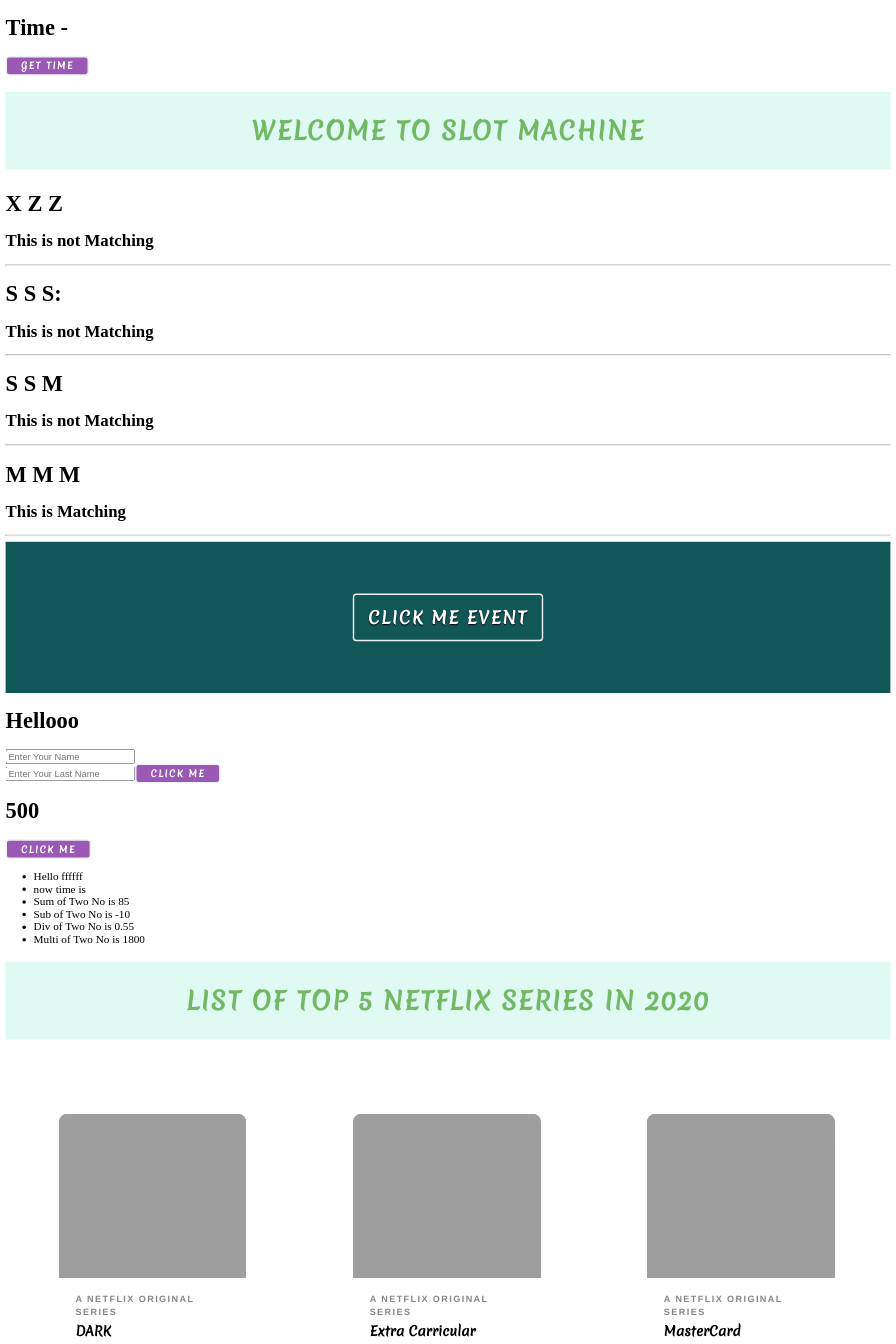
Repository: hardik2626/reactlearn2020
Page: /
The author's editor kept a copy of each file at every save. The page is drawn from the files as they stood at one save, then again after the next save.
The browser window is 1280 px wide. The pictures show the part of the page from y = 0 to 1920 px (the page is 2615 px tall), at 70% of full size.
Pictures or frames that could not be fetched are drawn as grey boxes. The project was rebuilt for these pictures with package versions that can differ from the ones it lists, and the page was loaded fresh each time.

Above is the page before, as saved 2020-10-13 10:06:24.

### public/index.html
<!DOCTYPE html>
<html lang="en">

<head>
    <meta charset="utf-8" />
    <link rel="icon" href="%PUBLIC_URL%/favicon.ico" />
    <meta name="viewport" content="width=device-width, initial-scale=1" />
    <meta name="theme-color" content="#000000" />
    <meta name="description" content="Web site created using create-react-app" />
    <link rel="apple-touch-icon" href="%PUBLIC_URL%/logo192.png" />
    <!--
      manifest.json provides metadata used when your web app is installed on a
      user's mobile device or desktop. See https://developers.google.com/web/fundamentals/web-app-manifest/
    -->
    <link rel="manifest" href="%PUBLIC_URL%/manifest.json" />
    <!--
      Notice the use of %PUBLIC_URL% in the tags above.
      It will be replaced with the URL of the `public` folder during the build.
      Only files inside the `public` folder can be referenced from the HTML.

      Unlike "/favicon.ico" or "favicon.ico", "%PUBLIC_URL%/favicon.ico" will
      work correctly both with client-side routing and a non-root public URL.
      Learn how to configure a non-root public URL by running `npm run build`.
    -->
    <link href="https://fonts.googleapis.com/css2?family=Merienda&display=swap" rel="stylesheet">
    <title>React App</title>
</head>

<body>
    <noscript>You need to enable JavaScript to run this app.</noscript>
    <div id="root"></div>
    <!--
      This HTML file is a template.
      If you open it directly in the browser, you will see an empty page.

      You can add webfonts, meta tags, or analytics to this file.
      The build step will place the bundled scripts into the <body> tag.

      To begin the development, run `npm start` or `yarn start`.
      To create a production bundle, use `npm run build` or `yarn build`.
    -->
</body>

</html>

### src/index.js
import React from 'react';
import ReactDOM from 'react-dom';
import App from './App';
import Cards from './Cards'
import './index.css';
import Sdata from './Sdata'

//console.log(Sdata[1].sname);

/*function nCard(val){
  //console.log(val);
  return(
    <Cards
     imgsrc={val.imgsrc}
     sname={val.sname}
     title={val.title}
     link={val.link}
     />
  )
}*/



ReactDOM.render(
  <>

  <App myname="ffffff" />


    <h1 className="heading_style">List of TOP 5 Netflix Series in 2020</h1>
    {/* {Sdata.map(nCard)}; */}

    {Sdata.map((val, index) => {
      console.log(index);
      return(
        <React.Fragment key={val.imgsrc}>
        <Cards  imgsrc={val.imgsrc} sname={val.sname} title={val.title} link={val.link} />
        </React.Fragment>
      )
      }
    )};


     { /* <Cards imgsrc={Sdata[1].imgsrc} sname={Sdata[1].sname} title={Sdata[1].title} link={Sdata[1].link} />
     <Cards imgsrc={Sdata[2].imgsrc} sname={Sdata[2].sname} title={Sdata[2].title} link={Sdata[2].link} /> */ }

  </>, document.getElementById('root')
);

### src/App.js
import React from 'react';
import add, { sub, mult, div } from './Calc';
import Eventhand from './Eventhand';
import MachineGame from './MachineGame';
import Myform from './Myform';
import Myhooks from './Myhooks';
import Timegame from './Timegame';

function App(props){

  return(
    <>
    <Timegame />
    <MachineGame />
    <Eventhand />
   <Myform />
   <Myhooks />
  <ul>
  <li>Hello {props.myname}</li>
  <li>now time is {new Date().toLocaleDateString}</li>
    <li>Sum of Two No is {add(45,40)}</li>
    <li>Sub of Two No is {sub(30,40)}</li>
    <li>Div of Two No is {div(22,40)}</li>
    <li>Multi of Two No is {mult(45,40)}</li>
  </ul>
  </>
  )
}

export default App

### src/Cards.jsx
import React from 'react';

function Cards(props){
  //console.log(props)
  return(
    <>
    <div className="cards">
      <div className="card">
        <img src={props.imgsrc} alt="ALPIC" className="card__img" />
        <div className="card__info">
          <span className="card__category">{props.title}</span>
          <h3 className="card__title"> {props.sname} </h3>
          <a href={props.link } target="_blank">
            <button>Watch Now</button>
          </a>
        </div>
      </div>
    </div>
  </>
  )
}
export default Cards

### src/index.css
/* * {
    margin: 0;
    padding: 0;
    box-sizing: border-box;
}

.heading {
    color: blue;
    text-align: center;
    text-transform: capitalize;
    font-weight: bold;
    text-shadow: 0px 2ps 4px #ffe9c5;
    font-family: 'Merienda', cursive;
}

.heading2 {
    color: #c75757;
    text-align: center;
    text-transform: capitalize;
    font-weight: bold;
    font-family: 'Merienda', cursive;
}

.imgDIV {
    width: 200px;
    height: auto;
    margin-top: 20px;
    display: inline;
}

body {
    background-color: #b4f2e1;
    box-sizing: border-box;
    margin: 0;
    padding: 0;
    font-family: 'Gill Sans', 'Gill Sans MT', Calibri, 'Trebuchet MS', sans-serif;
}

div {
    width: 100%;
    height: 100vh;
    display: flex;
    justify-content: center;
    align-items: center;
    margin-top: -30px;
}

h1 {
    padding: 20px;
    background-color: #ffe9c5;
    color: #fa9191;
    border-radius: 20px;
    font-size: 60px;
}

span {
    color: #eb6383;
} */

.heading_style {
    padding: 30px 0;
    text-align: center;
    font-family: 'Merienda', cursive;
    text-transform: uppercase;
    font-size: 35px;
    letter-spacing: 2px;
    font-weight: bold;
    color: #3d9820ab;
    background-color: #b4f2e16b;
    margin-bottom: 30px;
}

.cards {
    width: 100%;
    height: auto;
}

.card {
    margin: 6%;
    background-color: #fff;
    width: 21.25%;
    border-radius: 12%;
    box-shadow: 0px 13px 10px -7px rgba(0, 0, 0, 0.1);
    float: left;
    transition: all 0.4s cubic-bezier(0.175, 0.885, 0, 1);
    -webkit-border-radius: 12%;
    -moz-border-radius: 12%;
    -ms-border-radius: 12%;
    -o-border-radius: 12%;
    -webkit-transition: all 0.4s cubic-bezier(0.175, 0.885, 0, 1);
    -moz-transition: all 0.4s cubic-bezier(0.175, 0.885, 0, 1);
    -ms-transition: all 0.4s cubic-bezier(0.175, 0.885, 0, 1);
    -o-transition: all 0.4s cubic-bezier(0.175, 0.885, 0, 1);
}

.card:hover {
    box-shadow: 0px 30px 18px -8px rgba(0, 0, 0, 0.1);
    transform: scale(1.05, 1.05);
    -webkit-transform: scale(1.05, 1.05);
    -moz-transform: scale(1.05, 1.05);
    -ms-transform: scale(1.05, 1.05);
    -o-transform: scale(1.05, 1.05);
}

.card__img {
    width: 100%;
    height: 235px;
    border-top-left-radius: 12px;
    border-top-right-radius: 12px;
}

.card__info {
    background-color: #fff;
    border-bottom-left-radius: 12px;
    border-bottom-right-radius: 12px;
    padding: 16px 24px 24px 24px;
}

.card__category {
    font-family: 'Franklin Gothic Medium', 'Arial Narrow', Arial, sans-serif;
    text-transform: uppercase;
    font-size: 13px;
    letter-spacing: 2px;
    font-weight: bold;
    color: #868686;
    background-color: #fff;
}

.card__title {
    margin-top: 5px;
    margin-bottom: 10px;
    font-family: 'Merienda', cursive;
    background-color: #fff;
    text-transform: capitalize;
}

button {
    padding: 8px 5px;
    font-family: 'Merienda', cursive;
    text-transform: uppercase;
    font-size: 13px;
    letter-spacing: 2px;
    font-weight: bold;
    color: #868686;
    background-color: #fff;
    outline: none;
    border: 1px solid #000;
    cursor: pointer;
}

button {
    line-height: 24px;
    padding: 0 20px;
    background-color: #9b59b6;
    color: #fff;
    border: 2px solid #ecf0f1;
    outline: none;
    border-radius: 5px;
    text-transform: uppercase;
    cursor: pointer;
    -webkit-border-radius: 5px;
    -moz-border-radius: 5px;
    -ms-border-radius: 5px;
    -o-border-radius: 5px;
}

.evnthnd {
    color: White;
    background: transparent;
    text-shadow: 0 2px 2px #000;
    font-size: 24px;
    padding: 20px;
}

div.evnt {
    width: 100%;
    height: 30vh;
    display: flex;
    justify-content: center;
    align-items: center;
    background-color: violet;
    flex-direction: column;
}

### src/Sdata.jsx
const Sdata = [{
        imgsrc : "https://picsum.photos/500/300",
        sname : "DARK",
        title : " A Netflix Original Series",
        link : "https://www.google.com/"
    },
    {
        imgsrc : "https://picsum.photos/500/330",
        sname : "Extra Carricular",
        title : " A Netflix Original Series",
        link : "https://www.google.com/"
    },
    {
        imgsrc : "https://picsum.photos/500/340",
        sname : "MasterCard",
        title : " A Netflix Original Series",
        link : "https://www.google.com/"
    },
    {
        imgsrc : "https://picsum.photos/500/335",
        sname : "TrueLove",
        title : " A ZEE  Series",
        link : "https://www.google.com/"
    },
    {
        imgsrc : "https://picsum.photos/500/345",
        sname : "Khul JA Sim Sim",
        title : " A ZEE5  Series",
        link : "https://www.google.com/"
    },
    {
        imgsrc : "https://picsum.photos/500/339",
        sname : "Extra Carricular",
        title : " A Netflix Original Series",
        link : "https://www.google.com/"
    }

];
export default Sdata

### src/Calc.jsx
import React from 'react';

function add(a, b) {
    let sum = a + b;
    return sum;
}
export default add;

function sub(a, b) {
    let sub = a - b;
    return sub;
}


function mult(a, b) {
    let mult = a * b;
    return mult;
}


function div(a, b) {
    let div = a / b;
    return div;
}
export { sub, mult, div };

### src/Eventhand.js
import React, { Component, useState } from 'react'

const Eventhand = () => {
        const purple = "#125758";
        const Newpurple = "#656987";
        const [bg,setBg] = useState(purple)
        const [ename, setName] = useState('Click Me Event')
        const bgChange = () => {
                //console.log('clickkk');
                let newBg = "#789548"
                setBg(newBg)
                setName("Hardik Devani 🤬 ")
        }
        const bgBack = () => {
                setBg(Newpurple)
                setName('Double Click 😠')
        }
        return(
                <>
                        <div className="evnt" style={{backgroundColor:bg}}>
                                <button className="evnthnd"  onMouseEnter={bgChange} onMouseLeave={bgBack}>
                                {/* <button className="evnthnd"  onClick={bgChange} onDoubleClick={bgBack}> */}
                                {ename}
                                </button>
                        </div>
                </>
        )
}
export default Eventhand;

### src/MachineGame.js
import React, { Component } from 'react'

const  SlotM = (props) => {
    // let x = 'A';
    // let y = 'A';
    // let z = 'A';

    // let x = props.x;
    // let y = props.y;
    // let z = props.z;

    let {x, y, z} = props

    if( x===y && y===z ){
        return(
            <>
                <div className="slot">
                    <h1>{x} {y} {z}</h1>
                    <h2>This is Matching</h2>
                    <hr/>

                </div>
            </>
        )
    } else {
        return(
            <>
                <div className="slot">
                    <h1>{x} {y} {z}</h1>
                    <h2>This is not Matching</h2>
                    <hr/>

                </div>
            </>
        )
    }
}

const MachineGame = () =>{
    return(
        <>
            <h1 className="heading_style"> Welcome to <span style={{fontWeight:'bold'}}>Slot Machine</span>  </h1>
            <div className="slotmachine">
            <SlotM  x='X' y='Z' z='Z' />
            <SlotM x='S' y='S' z='S:'/>
            <SlotM x='S' y='S' z='M'/>
            <SlotM x='M' y='M' z='M'/>
            </div>
        </>
    )
}

export default MachineGame

### src/Myform.js
import React, { useState } from 'react'

const Myform = () => {

        const [name, setName] = useState('')
        const [lastname, setLastName] = useState('')
        const [fullName, setFullName] = useState('')
        const [lastname2, setLastName2] = useState('')

        const subForm = (event) =>{
                setName(event.target.value)
                //console.log(event.target.value);
        }

        const subFormlname = (event) => {
                setLastName(event.target.value)
        }
        const onSubmit = (event) => {
                event.preventDefault();
                setFullName(name)
                setLastName2(lastname)
        }
        return(
                <>
                <div className="main_div">
                <form onSubmit={onSubmit}>
                        <h1>Hellooo {fullName} {lastname2}</h1>
                        <input type="email" placeholder="Enter Your Name" onChange={subForm} value={name} />
                        <br/>
                        <input type="password" placeholder="Enter Your Last Name" onChange={subFormlname} value={lastname} />
                        <button type="submit">Click Me</button>
                        </form>
                </div>
        </>
        )
}

export default Myform;

### src/Myhooks.js
import React, { useState } from 'react';
let count = 1;

const Myhooks = () => {

        const state = useState();
const [count, setCount] = useState(500);

const IncNum = () => {
        setCount(count + 5)
        //console.log("clicked" + count++)
};

        return(
                <>
                <h1>{count}</h1>
                <button onClick={IncNum}>Click Me</button>
                </>
        )
}
export default Myhooks

### src/Timegame.js
import React from 'react'



    const Timegame = () => {
        let newTime = new Date().toLocaleTimeString
        return (
            <div>
                <h1>Time - {newTime}</h1>
                <button >Get Time</button>
            </div>
        )
    }



export default Timegame

After the next save:
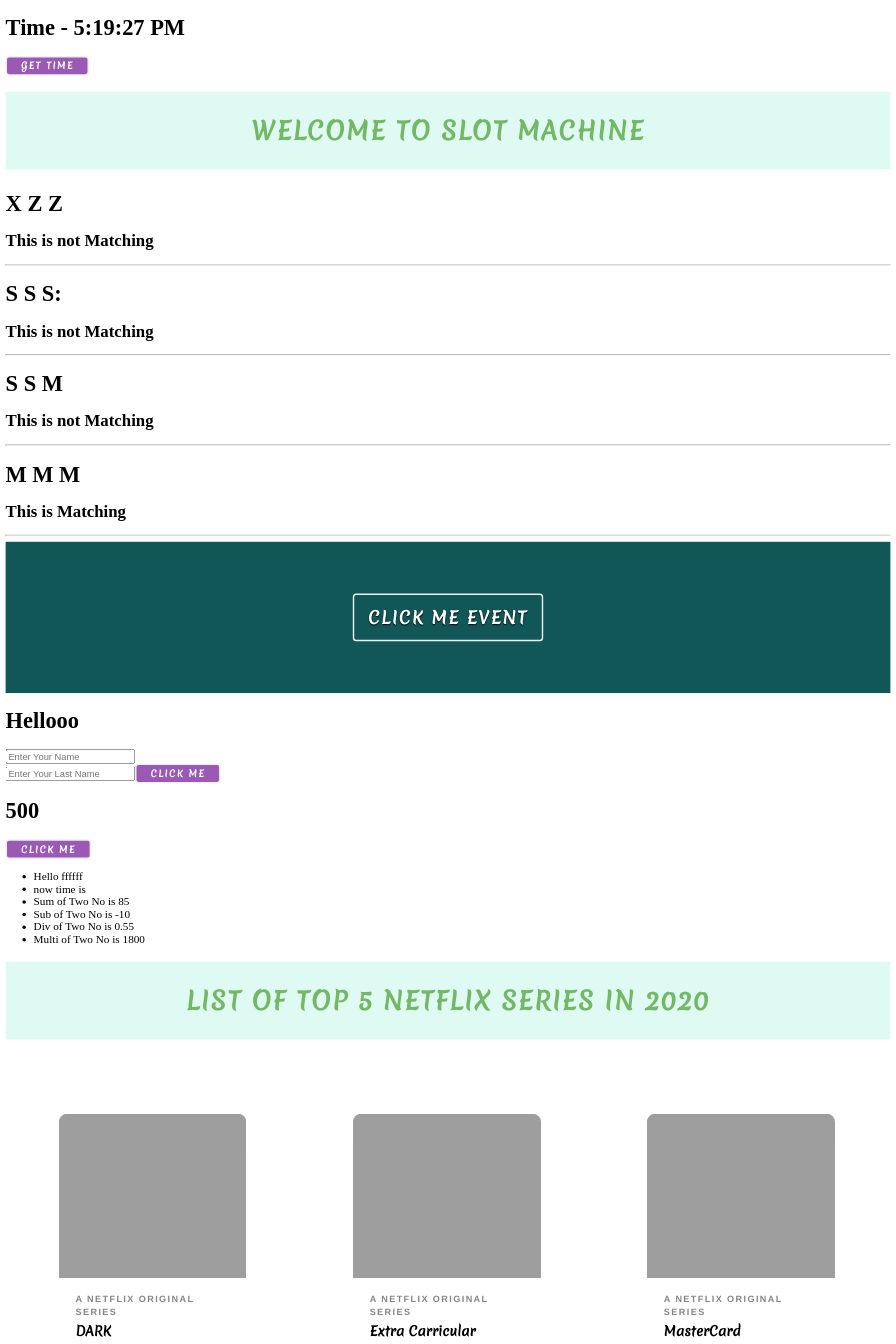
Saved 32 s later.
--- a/src/Timegame.js
+++ b/src/Timegame.js
@@ -3,7 +3,7 @@
 
 
     const Timegame = () => {
-        let newTime = new Date().toLocaleTimeString
+        let newTime = new Date().toLocaleTimeString()
         return (
             <div>
                 <h1>Time - {newTime}</h1>
